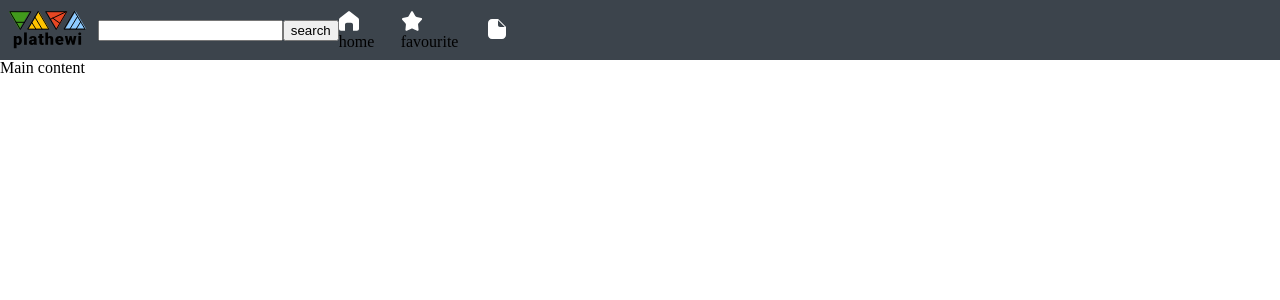
Repository: kryban93/Superhero-App
Page: /
These files come from the project's save history. The page is drawn as it stood at one moment and after the next save; the edit follows.
The browser window is 1280 px wide. The pictures show the whole page.
The page's requests for data from a server got no answer. The project was rebuilt for these pictures with package versions that can differ from the ones it lists, and the page was loaded fresh each time. No one was signed in, and anything a server would have sent is missing. Also part of the build but not shown: src/Components/HeroCard/HeroCard.scss, src/Components/HeroCard/HeroCard.js, src/Components/RandomDeck/RandomDeck.scss.

Above is the page before, as saved 2020-08-26 18:20:35.

After the next save:
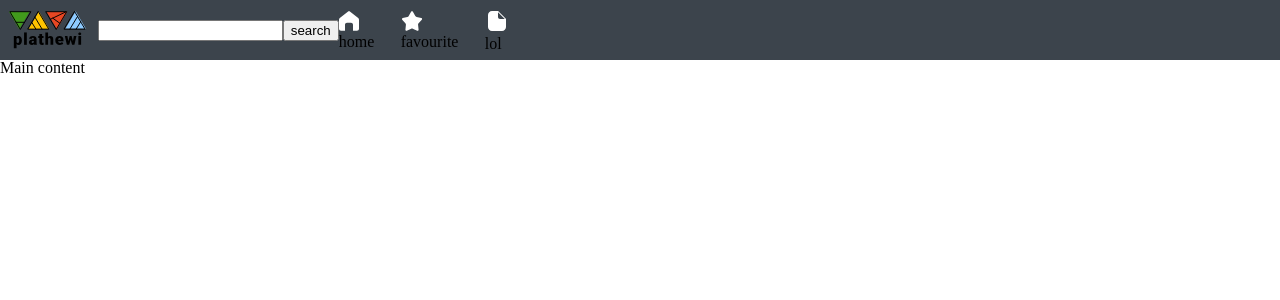
Saved 8 s later.
--- a/src/Components/Nav/Nav.js
+++ b/src/Components/Nav/Nav.js
@@ -30,6 +30,7 @@
         </div>
         <div className='nav__menu__item'>
           <img src={icons.file_white} alt='icon' />
+          <p>lol</p>
         </div>
       </div>
     </nav>
